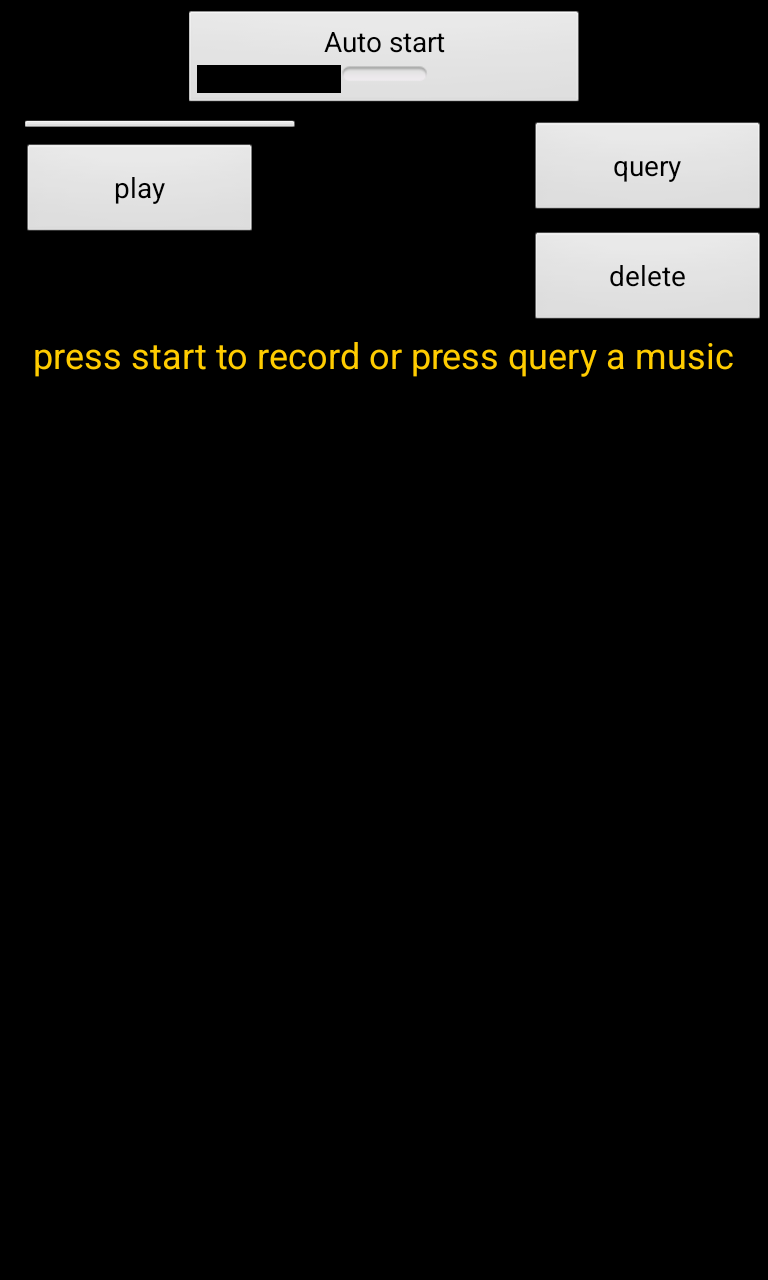
Repository: FreyrChen/tucan_Linux_practice
Layout: 4_Android_program/MusicIdentify/res/layout/activity_main.xml
An editor plug-in stored every save of this project. The layout is shown before and after the next save, followed by the edit.
It is drawn on a 768 x 1280 px phone screen (xhdpi) without system bars, with theme AppTheme; the app's code is not run. Lists and similar views that code fills are empty.

Above is the layout before, as saved 2013-06-09 08:38:16.

### 4_Android_program/MusicIdentify/res/layout/activity_main.xml
<RelativeLayout xmlns:android="http://schemas.android.com/apk/res/android"
    xmlns:tools="http://schemas.android.com/tools"
    android:layout_width="match_parent"
    android:layout_height="match_parent"
    android:background="#000000"
    tools:context=".MainActivity" >

    <ToggleButton
		android:id="@+id/auto_record_button"
		android:textOn="@string/stop"
		android:textOff="@string/auto_start"
	 	android:layout_width="200dp"
	 	android:layout_height="50dp"
	    android:layout_marginTop="5dp"
	    android:layout_marginLeft="10dp"
	    android:layout_centerHorizontal="true"
 	/>

     <ToggleButton
		android:id="@+id/manual_record_button"
		android:textOn="@string/stop"
		android:textOff="@string/manual_start"
	 	android:layout_width="140dp"
	 	android:layout_height="6dp"
	    android:layout_alignParentLeft="true"
	    android:layout_marginTop="5dp"
	    android:layout_marginLeft="10dp"
	    android:layout_below="@+id/auto_record_button"
 	/>

    <Button
	 	android:id="@+id/query_button"
	 	android:layout_width="120dp"
	 	android:layout_height="50dp"
	 	android:text="@string/query"
	    android:layout_marginTop="5dp"
	    android:layout_marginLeft="10dp"
	    android:layout_alignParentRight="true"
	     android:layout_below="@+id/auto_record_button"
 	/>

    <Button
	 	android:id="@+id/play_button"
		android:text="@string/play"
	 	android:layout_width="120dp"
	 	android:layout_height="50dp"
	    android:layout_alignParentLeft="true"
	    android:layout_marginTop="5dp"
	    android:layout_marginLeft="10dp"
	    android:layout_below="@+id/manual_record_button"
 	/>


    <Button
	 	android:id="@+id/delete_button"
	 	android:layout_width="120dp"
	 	android:layout_height="50dp"
	 	android:text="@string/delete"
	    android:layout_marginTop="5dp"
	    android:layout_marginLeft="10dp"
	    android:layout_alignParentRight="true"
	    android:layout_below="@+id/query_button"
 	/>

    <TextView
        android:id="@+id/info_text"
        android:layout_width="wrap_content"
        android:layout_height="wrap_content"
        android:layout_centerHorizontal="true"
        android:textSize="18sp"
        android:text="@string/init_text"
        android:background="#00FF0000"
	    android:textColor="#FFCC00"
	    android:layout_below="@+id/delete_button"
    />

	<ListView
        android:id="@+id/music_List"
        android:layout_width="wrap_content"
        android:layout_height="wrap_content"
        android:layout_centerHorizontal="true"
        android:background="#00FF0000"
	    android:textColor="#FF0000"
	    android:layout_below="@+id/info_text"
    />



</RelativeLayout>

### 4_Android_program/MusicIdentify/res/values/strings.xml
<?xml version="1.0" encoding="utf-8"?>
<resources>

    <string name="app_name">MusicIdentify</string>
    <string name="init_text">press start to record or press query a music</string>
    <string name="menu_settings">Settings</string>
    <string name="start">start</string>
    <string name="stop">stop</string>
    <string name="play">play</string>
    <string name="query">query</string>
    <string name="delete">delete</string>
    <string name="manual_start">Manual start</string>
    <string name="auto_start">Auto start</string>


</resources>

Loaded but not shown: 4_Android_program/MusicIdentify/res/values/styles.xml (common file)

After the next save:
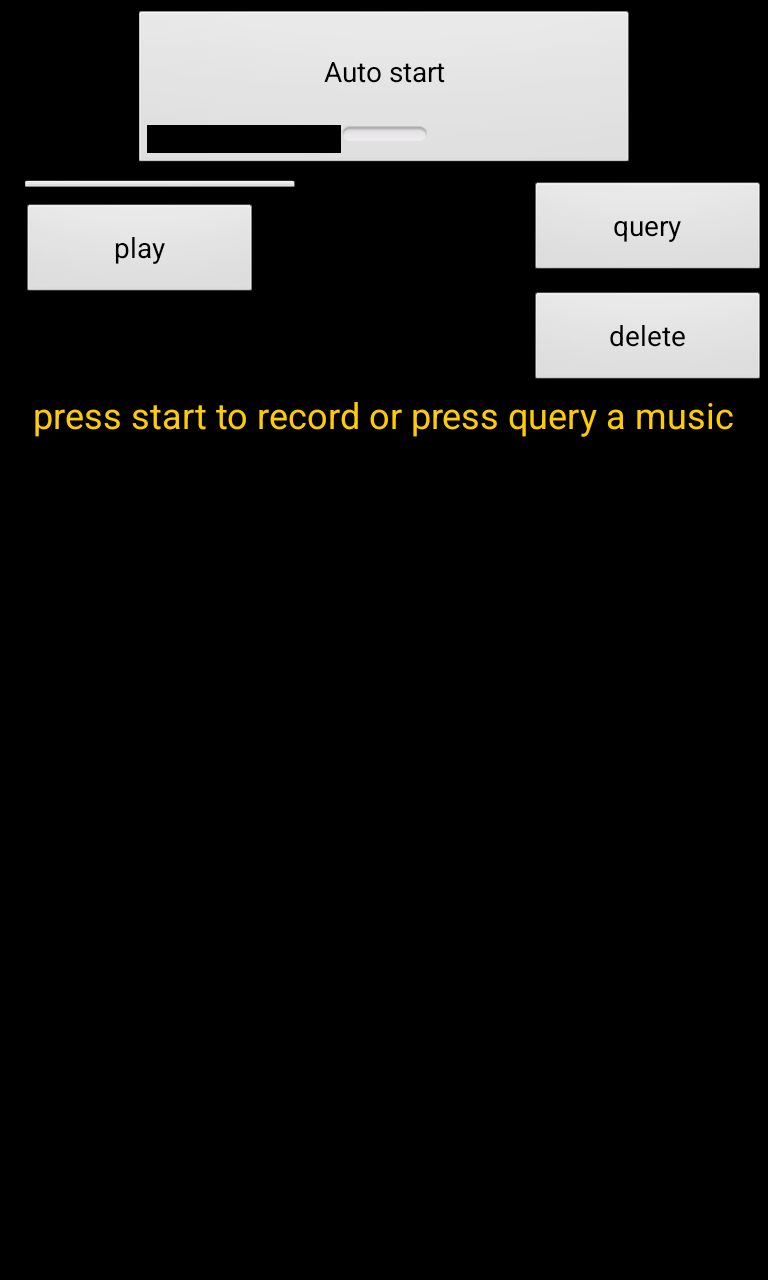
Saved 78 s later.
--- a/4_Android_program/MusicIdentify/res/layout/activity_main.xml
+++ b/4_Android_program/MusicIdentify/res/layout/activity_main.xml
@@ -9,8 +9,8 @@
 		android:id="@+id/auto_record_button"
 		android:textOn="@string/stop"
 		android:textOff="@string/auto_start"
-	 	android:layout_width="200dp"
-	 	android:layout_height="50dp"
+	 	android:layout_width="250dp"
+	 	android:layout_height="80dp"
 	    android:layout_marginTop="5dp"
 	    android:layout_marginLeft="10dp"
 	    android:layout_centerHorizontal="true"
